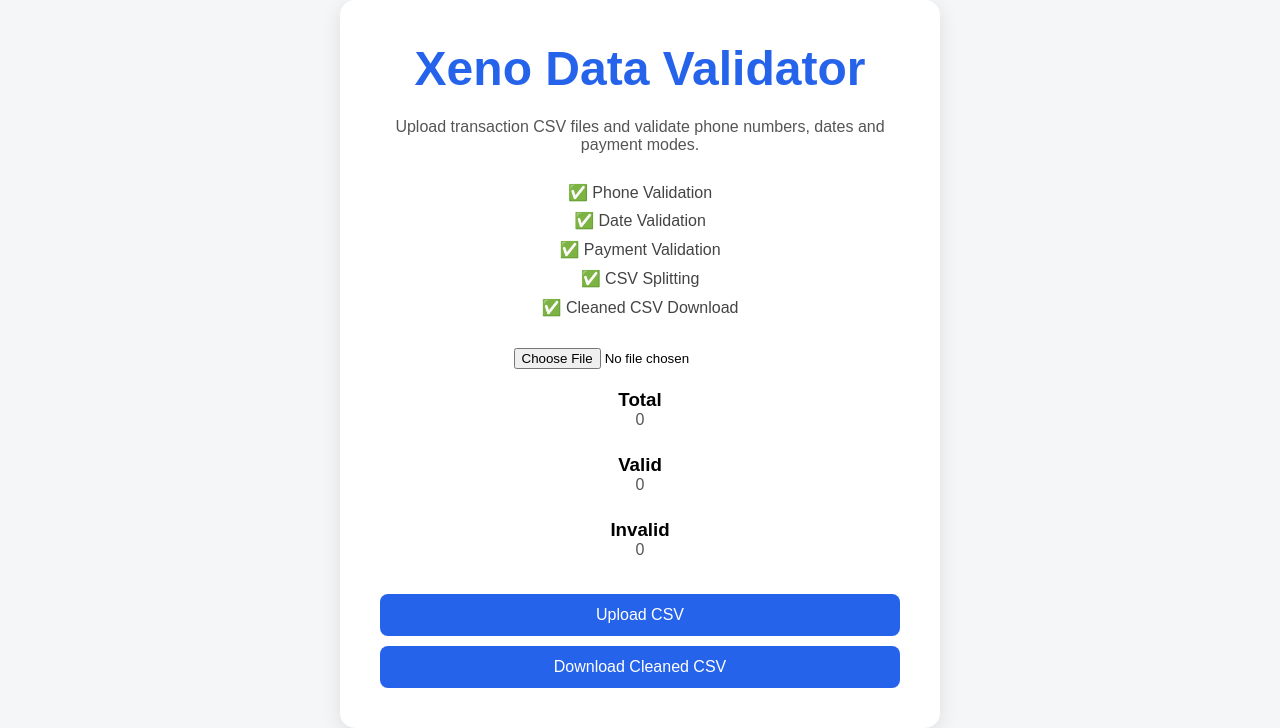
Repository: Aartigarg446/xeno-data-validator
Page: / (app in frontend/)
These files come from the project's save history. The page is drawn as it stood at one moment and after the next save; the edit follows.
The browser window is 1280 px wide. The pictures show the whole page.
The project was rebuilt for these pictures with package versions that can differ from the ones it lists, and the page was loaded fresh each time. Also part of the build but not shown: frontend/vite.config.js.

Above is the page before, as saved 2026-06-17 14:09:35.

After the next save:
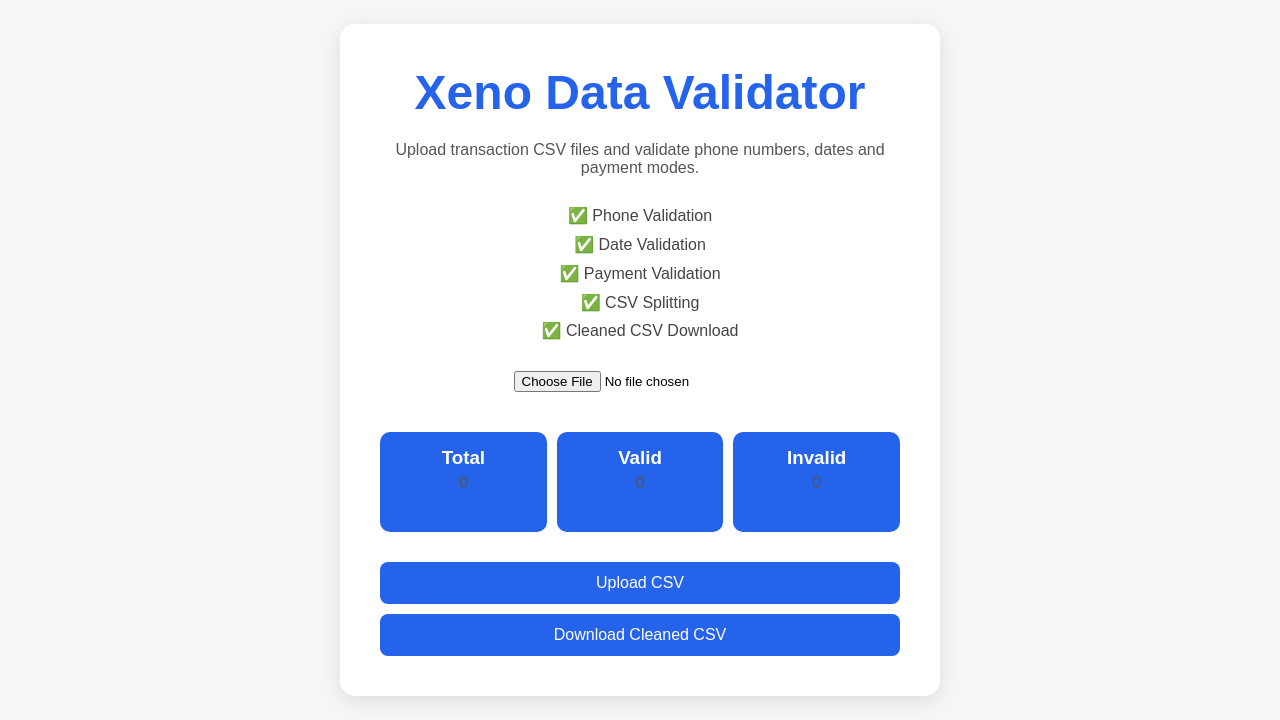
Saved 15 s later.
--- a/frontend/src/App.css
+++ b/frontend/src/App.css
@@ -62,3 +62,38 @@
   margin-bottom: 25px;
   line-height: 1.8;
 }
+.stats-container {
+  display: flex;
+  justify-content: space-between;
+  margin: 20px 0;
+  gap: 10px;
+}
+
+.stat-card {
+  flex: 1;
+  background: #2563eb;
+  color: white;
+  padding: 15px;
+  border-radius: 10px;
+}
+
+.stat-card h3 {
+  margin-bottom: 5px;
+}
+
+.result-table {
+  width: 100%;
+  margin-top: 25px;
+  border-collapse: collapse;
+}
+
+.result-table th,
+.result-table td {
+  border: 1px solid #ddd;
+  padding: 10px;
+}
+
+.result-table th {
+  background: #2563eb;
+  color: white;
+}
